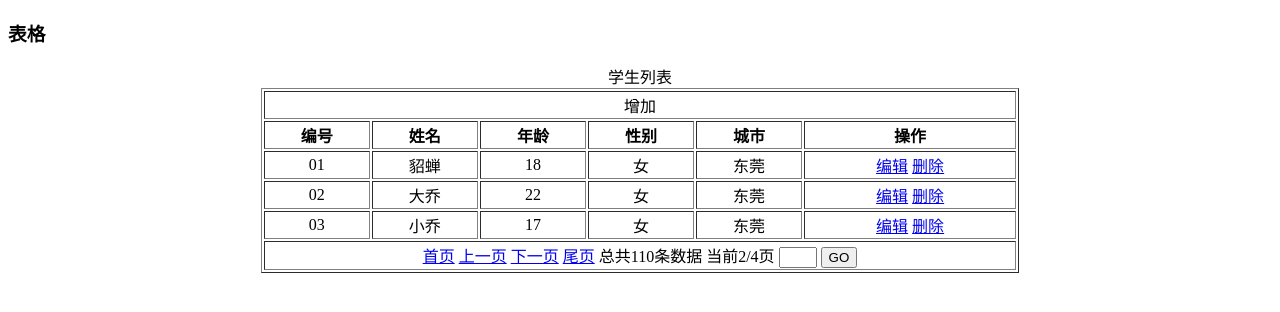
Repository: qyl1006/JavaApps
Page: workspace/web-01-html/WebContent/hello/list02.html
The author's editor kept a copy of each file at every save. The page is drawn from the files as they stood at one save, then again after the next save.
The browser window is 1280 px wide. The pictures show the whole page.

Above is the page before, as saved 2018-02-27 05:12:57.

### workspace/web-01-html/WebContent/hello/list02.html
<!DOCTYPE html PUBLIC "-//W3C//DTD HTML 4.01 Transitional//EN" "http://www.w3.org/TR/html4/loose.dtd">
<html>
<head>
<meta http-equiv="Content-Type" content="text/html; charset=UTF-8">
<title>Insert title here</title>
	<style type="text/css">
		td {text-align: center;}
	</style>

</head>
<body>
	<h3>表格</h3>
	<table align="center" border="1" width="60%">
		<caption>学生列表</caption>
		<tr>
			<td colspan="6">
				增加
			</td>
		</tr>
		<tr>
			<th>编号</th>
			<th>姓名</th>
			<th>年龄</th>
			<th>性别</th>
			<th>城市</th>
			<th>操作</th>
		</tr>
		<tr>
			<td>01</td>
			<td>貂蝉</td>
			<td>18</td>
			<td>女</td>
			<td>东莞</td>
			<td>
				<a href="#">编辑</a>
				<a href="#">删除</a>
			</td>
		</tr>
		<tr>
			<td>02</td>
			<td>大乔</td>
			<td>22</td>
			<td>女</td>
			<td>东莞</td>
			<td>
				<a href="#">编辑</a>
				<a href="#">删除</a>
			</td>
		</tr>
		<tr>
			<td>03</td>
			<td>小乔</td>
			<td>17</td>
			<td>女</td>
			<td>东莞</td>
			<td>
				<a href="#">编辑</a>
				<a href="#">删除</a>
			</td>
		</tr>
		<tr>
			<td colspan="6">
				<a href="#">首页</a>
				<a href="#">上一页</a>
				<a href="#">下一页</a>
				<a href="#">尾页</a>
				总共110条数据
				当前2/4页
				<input type="number" style="width:30px"/>
				<input type="button" value="GO"/>
			</td>
		</tr>
	</table>
</body>
</html>

After the next save:
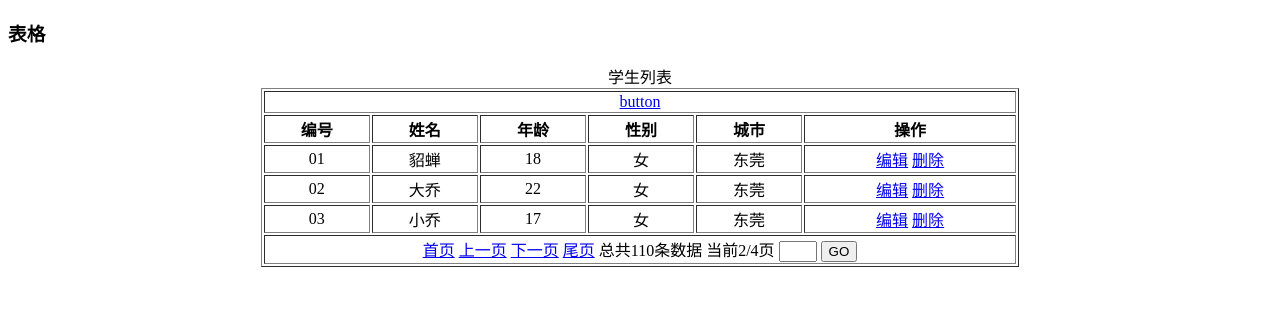
Saved 21 s later.
--- a/workspace/web-01-html/WebContent/hello/list02.html
+++ b/workspace/web-01-html/WebContent/hello/list02.html
@@ -14,7 +14,7 @@
 		<caption>学生列表</caption>
 		<tr>
 			<td colspan="6">
-				增加
+				<a href="#">button</a>
 			</td>
 		</tr>
 		<tr>

After the save that followed:
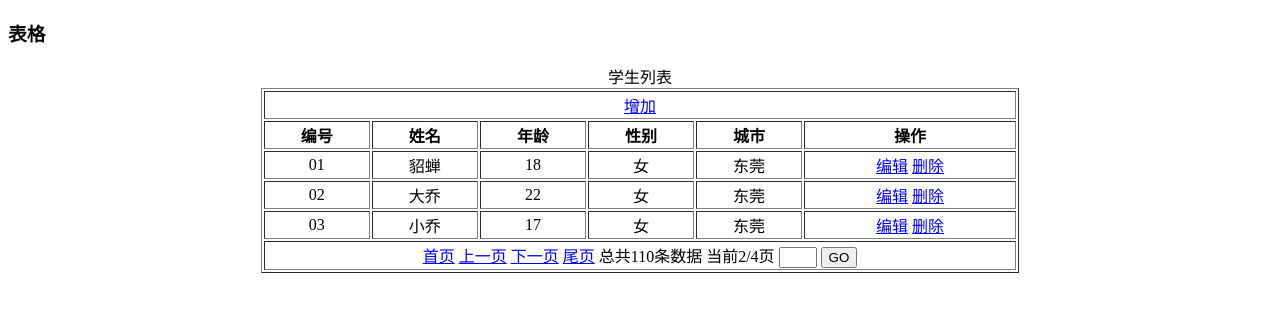
Saved 16 s later.
--- a/workspace/web-01-html/WebContent/hello/list02.html
+++ b/workspace/web-01-html/WebContent/hello/list02.html
@@ -14,7 +14,7 @@
 		<caption>学生列表</caption>
 		<tr>
 			<td colspan="6">
-				<a href="#">button</a>
+				<a href="#">增加</a>
 			</td>
 		</tr>
 		<tr>
